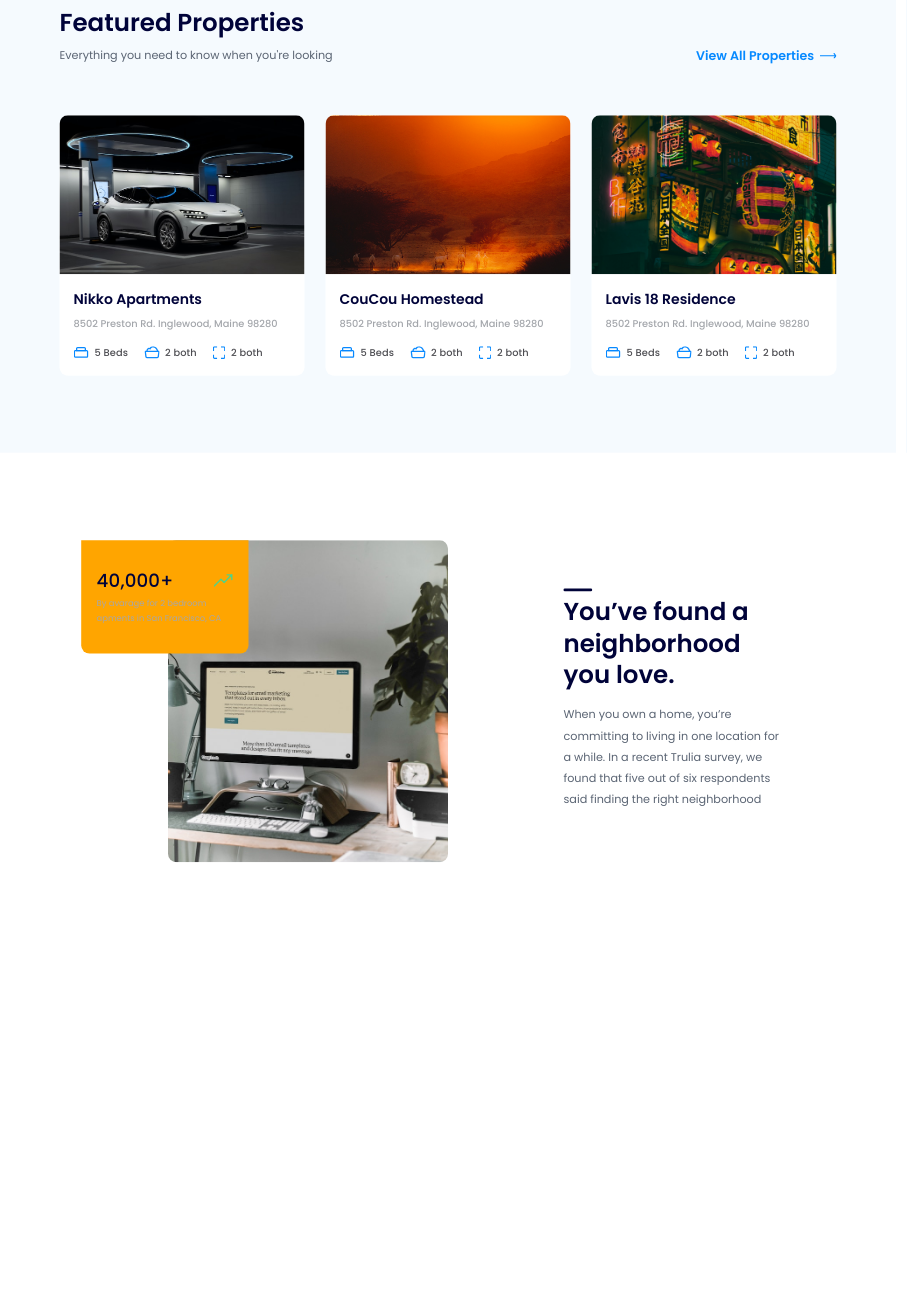
Repository: empty24062002/f8-htmlcss-01
Page: index.html
An editor plug-in stored every save of this project. The page is shown before and after the next save, followed by the edit.
The browser window is 1280 px wide. The page is 1295 px wide, so the pictures cover 1295 px, including what lies to the right of the window. The pictures show the part of the page from y = 1964 to 3844 px (the page is 10000 px tall), at 70% of full size.

Above is the page before, as saved 2023-07-13 10:44:09.

After the next save:
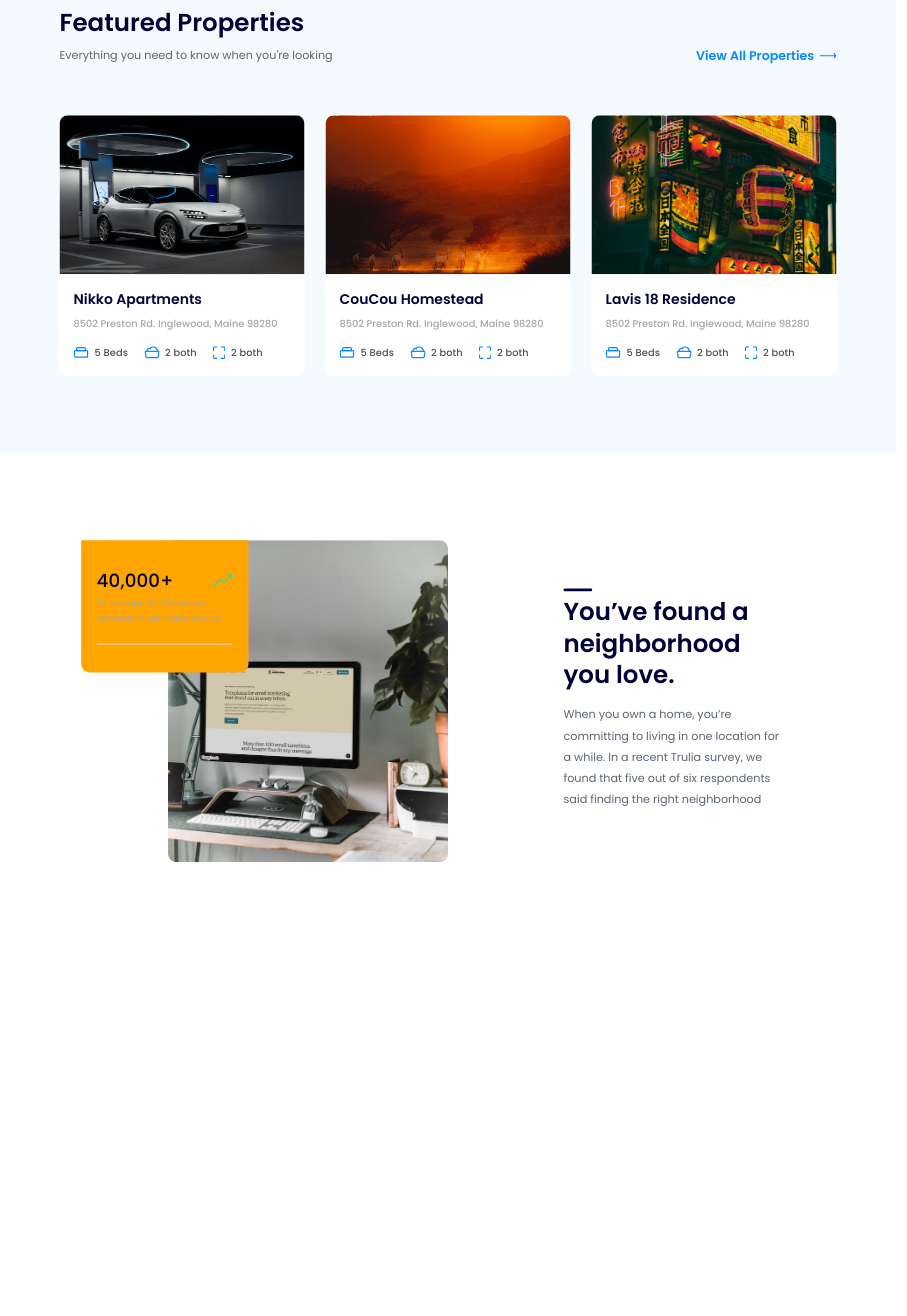
Saved 75 s later.
--- a/assets/css/styles.css
+++ b/assets/css/styles.css
@@ -414,9 +414,15 @@
     margin-top: 8px;
     color: #a7a7a7;
     font-size: 1.2rem;
-    font-style: normal;
     font-weight: 400;
-    line-height: 1.8; /* 150% */
+    line-height: 1.8;
+}
+
+.stats-trend .separate {
+    margin-top: 25.5px;
+    width: 193.62px;
+    height: 1.2px;
+    background: #e9e9e9;
 }
 
 .stats .sub-title {
